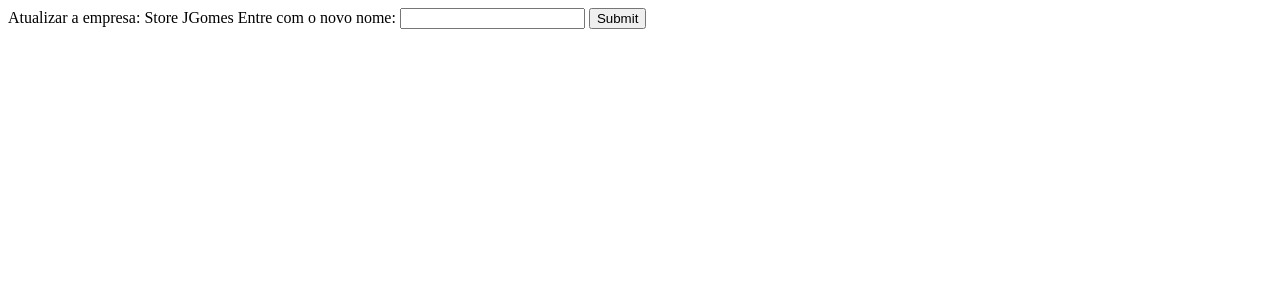
Repository: EmersonRGomes/study
Page: http://localhost/gerenciadorstudy/mostraEmpresa?id=1
These files come from the project's save history. The page is drawn as it stood at one moment and after the next save; the edit follows.
The browser window is 1280 px wide. The pictures show the whole page.
The page is served by Tomcat 9.

Above is the page before, as saved 2022-08-01 15:44:14.

After the next save:
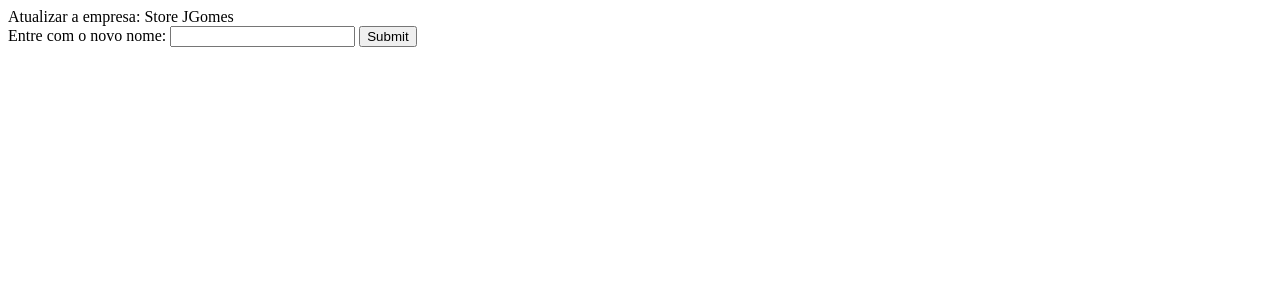
Saved 20 s later.
--- a/gerenciadorstudy/webContent/FormAlteraEmpresa.jsp
+++ b/gerenciadorstudy/webContent/FormAlteraEmpresa.jsp
@@ -11,7 +11,7 @@
 	  <form action ="<c:url value="/novaEmpresa"/>" method="post">
 
 
-		Atualizar a empresa: ${empresa.nome}
+		Atualizar a empresa: ${empresa.nome} </br>
 		Entre com o novo nome: <input type="text" name="nome">
 			  <input type="submit">
 	</form>
